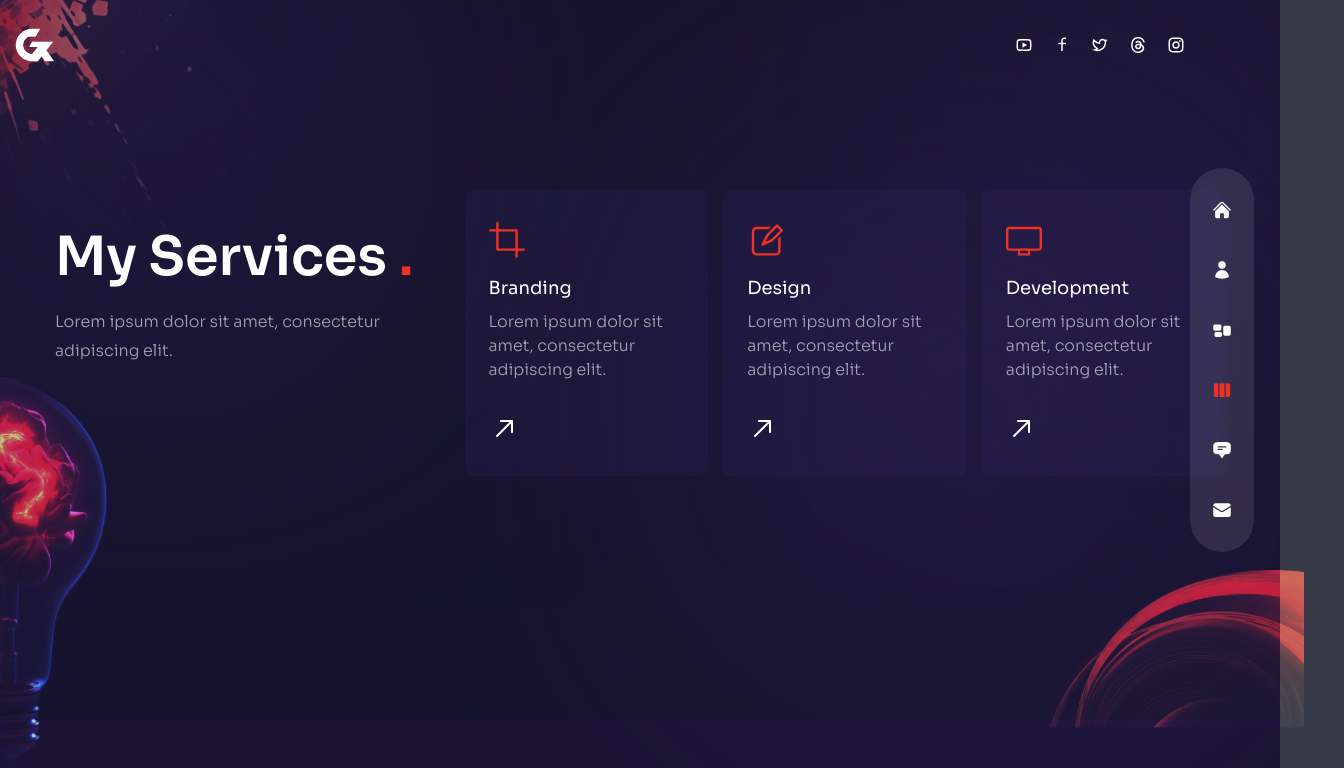
Repository: zecht12/Portofolio-without-db
Page: /work
An editor plug-in stored every save of this project. The page is shown before and after a run of saves, followed by the edit.
The browser window is 1280 px wide. The page is 1344 px wide, so the pictures cover 1344 px, including what lies to the right of the window. The pictures show the whole page.
The project was rebuilt for these pictures with package versions that can differ from the ones it lists, and the page was loaded fresh each time. The framework's server and built-in components were replaced by stand-ins that run in the browser. Also part of the build but not shown: next.config.js.

Above is the page before, as saved 2023-10-08 16:09:41.

### app/layout.js
'use client'

import './globals.css'
import {Sora} from '@next/font/google'
import Nav from '@/components/Nav'
import Header from '@/components/Header'
import TopLeftImg from '@/components/TopLeftImg'
import { useRouter } from 'next/navigation'
import Transition from '@/components/Transition'
import { AnimatePresence, motion } from 'framer-motion'

const sora = Sora({
  subsets:['latin'],
  variable:'--font-sora',
  weight:['100','200','300','400','500','600','700','800']
})

export default function RootLayout({ children }) {
  const router = useRouter();
  return (
    <html lang="en">
      <head>
        <title>Zecht Porto</title>
      </head>
      <body className={`page bg-site text-white bg-cover bg-no-repeat  ${sora.variable} font-sora relative `}>
        <AnimatePresence>
          <motion.div className='h-full' key={router.route}>
            <TopLeftImg/>
            <Nav/>
            <Header/>
            <Transition/>
            {children}
          </motion.div>
        </AnimatePresence>
      </body>
    </html>
  )
}

### app/work/page.js
'use client'

import React from 'react'
import ServiceSlider from '@/components/ServiceSlider'
import Bulb from '@/components/Bulb'
import { motion } from 'framer-motion'
import { fadeIn } from '@/variants'
import { RxCrop, RxDesktop, RxPencil2, RxReader, RxRocket } from 'react-icons/rx'
import Circles from '@/components/Circles'

const serviceData = [
  {
    icon: <RxCrop />,
    title: 'Branding',
    description: 'Lorem ipsum dolor sit amet, consectetur adipiscing elit.',
  },
  {
    icon: <RxPencil2 />,
    title: 'Design',
    description: 'Lorem ipsum dolor sit amet, consectetur adipiscing elit.',
  },
  {
    icon: <RxDesktop />,
    title: 'Development',
    description: 'Lorem ipsum dolor sit amet, consectetur adipiscing elit.',
  },
  {
    icon: <RxReader />,
    title: 'Copywriting',
    description: 'Lorem ipsum dolor sit amet, consectetur adipiscing elit.',
  },
];

export default function Page() {
  return (
    <div className='h-full bg-primary/30 py-36 flex items-center'>
      <Circles/>
      <div className='container mx-auto'>
        <div className='flex flex-col xl:flex-row gap-x-8'>
          <div className='text-center flex xl:w-[30vw] flex-col lg:text-left mb-4 xl:mb-0 '>
            <motion.h2 variants={fadeIn('up', 0.3)} initial="hidden" animate="show" exit="hidden" className='h2 xl:mt-8'>
              My Services <span className='text-accent'>.</span>
            </motion.h2>
            <motion.p variants={fadeIn('up', 0.4)} initial="hidden" animate="show" exit="hidden" className='mb-4 max-w-[400px] mx-auto lg:mx-0 '>
              Lorem ipsum dolor sit amet, consectetur adipiscing elit.
            </motion.p>
          </div>
          <motion.div variants={fadeIn('up', 0.6)} initial="hidden" animate="show" exit="hidden" className='w-full xl:max-w-[65%] '>
            <ServiceSlider/>
          </motion.div>
        </div>
      </div>
      <Bulb/>
    </div>
  )
}

### app/globals.css
@tailwind base;
@tailwind components;
@tailwind utilities;

.translate-z-0 {
  transform: translateZ(0px);
}
.swiper-horizontal > .swiper-pagination-bullets .swiper-pagination-bullet,
.swiper-pagination-horizontal.swiper-pagination-bullets
  .swiper-pagination-bullet {
  background-color: #f13024;
}

.swiper-button-next:after,
.swiper-button-prev:after,
.swiper-button-next:after,
.swiper-rtl .swiper-button-prev:after {
  color: #f13024;
}

@layer base {
  body {
    @apply bg-secondary overflow-hidden leading-relaxed;
  }
  .page {
    @apply w-full h-screen overflow-hidden;
  }
  .h1 {
    @apply text-[35px] leading-tight md:text-[60px] md:leading-[1.3] mb-8 font-semibold;
  }
  .h2 {
    @apply text-[35px] leading-tight md:text-[54px] md:leading-[1.3] mb-4 font-semibold;
  }
  p {
    @apply leading-[1.8] text-white/60 font-light;
  }
  .btn,
  .input {
    @apply h-[52px];
  }
  .input {
    @apply w-full h-[52px] rounded-lg pl-6 capitalize;
  }
  .input,
  .textarea {
    @apply bg-transparent outline-none focus:ring-1 focus:ring-accent border border-white/20 placeholder:text-white/30 placeholder:font-light;
  }
  .textarea {
    @apply w-full h-[180px] p-6 capitalize rounded-lg resize-none;
  }
}

### components/Nav.js
'use client'
import Link from 'next/link';
import { useRouter } from 'next/navigation';
import {
  HiHome,
  HiUser,
  HiViewColumns,
  HiRectangleGroup,
  HiChatBubbleBottomCenterText,
  HiEnvelope,
} from 'react-icons/hi2';

// nav data
export const navData = [
  { name: 'home', path: '/', icon: <HiHome /> },
  { name: 'about', path: '/about', icon: <HiUser /> },
  { name: 'services', path: '/services', icon: <HiRectangleGroup /> },
  { name: 'work', path: '/work', icon: <HiViewColumns /> },
  {
    name: 'testimonials',
    path: '/testimonials',
    icon: <HiChatBubbleBottomCenterText />,
  },
  {
    name: 'contact',
    path: '/contact',
    icon: <HiEnvelope />,
  },
];

const Nav = () => {
  const router = useRouter();
  const pathname = router.pathname;

  return(
    <nav className='flex flex-col items-center xl:justify-center gap-y-4 fixed h-max bottom-0 mt-auto xl:right-[2%] z-50 w-screen xl:w-16 top-0 xl:max-w-md xl:h-screen'>
      <div className='flex w-full xl:flex-col items-center justify-between xl:justify-center gap-y-10 px-4 md:px-40 xl:px-0 h-[80px] bg-white/10 xl:h-max py-8 backdrop-blur-sm text-3xl xl:text-xl xl:rounded-full'>
        {navData.map((link, index)=> {
          return(
              <a className={`${link.path === pathname && 'text-accent'} relative flex items-center hover:text-accent group transition-all duration-300 dela`} href={link.path} key={index} >
                <div className='absolute pr-14 right-0 hidden xl:group-hover:flex'>
                  <div className='bg-white relative flex text-primary items-center p-[6px] rounded-[3px] '>
                    <div className='text-[12px] leading-none font-semibold capitalize '>
                      {link.name}
                    </div>
                    <div className='border-solid border-l-white border-l-8 border-y-transparent border-y-[6px] border-r-0 absolute -right-2 '></div>
                  </div>
                </div>
                <div>
                  {link.icon}
                </div>
              </a>
          )
        })}
      </div>
    </nav>
  )
};

export default Nav;

### components/Header.js
import Image from "next/image"
import Link from "next/link"
import Socials from "./Socials";

const Header = () => {
  return(
    <header className="absolute z-30 w-full flex items-center px-15 xl:px-0 xl:h-[90px] ">
      <div className="container mx-0">
        <div className="flex flex-col lg:flex-row justify-between items-center gap-y-6 py-8">
          <Link href='/'>
            <Image src={'/logo-GR.png'} width={40} height={40} alt="logo" priority={true} className="w-[40px] h-[40px] hover:scale-110 " />
          </Link>
          <Socials/>
        </div>
      </div>
    </header>
  )
};

export default Header;

### components/TopLeftImg.js
import Image from "next/image";

const TopLeftImg = () => {
  return(
    <div className="absolute left-0 top-0 mix-blend-color-dodge z-10 w-[200px] xl:w-[400px] opacity-50 ">
      <Image src="/top-left-img.png" alt="TopLeftImg" width={400} height={400} />
    </div>
  )
};

export default TopLeftImg;

### components/Transition.js
'use client'

import { motion } from 'framer-motion'

const transitionVariants = {
  initial: {
    x:"100%",
    width:"100%"
  },
  animate: {
    x:"0%",
    width:"0%"
  },
  exit: {
    x: ['0%','100%'],
    width: ['0%','100%']
  },
}

const Transition = () => {
  return (
    <>
      <motion.div variants={transitionVariants} initial="initial" animate="animate" exit="exit" transition={{delay:0.2, duration:0.6, ease:'easeInOut'}} className='fixed top-0 bottom-0 right-full w-screen h-screen z-30 bg-[#2e2257] '></motion.div>
      <motion.div variants={transitionVariants} initial="initial" animate="animate" exit="exit" transition={{delay:0.4, duration:0.6, ease:'easeInOut'}} className='fixed top-0 bottom-0 right-full w-screen h-screen z-20 bg-[#3b2d71] '></motion.div>
      <motion.div variants={transitionVariants} initial="initial" animate="animate" exit="exit" transition={{delay:0.6, duration:0.6, ease:'easeInOut'}} className='fixed top-0 bottom-0 right-full w-screen h-screen z-10 bg-[#4b3792] '></motion.div>
    </>
  );
};

export default Transition;

### components/ServiceSlider.js
import { RxArrowTopRight, RxCrop, RxDesktop, RxPencil2, RxReader, RxRocket } from 'react-icons/rx'
import { Swiper, SwiperSlide} from "swiper/react";
import 'swiper/css'
import 'swiper/css/free-mode'
import 'swiper/css/pagination'
import { Pagination, FreeMode } from 'swiper/modules';
import { motion } from "framer-motion";
import { fadeIn } from "@/variants";
import React from 'react';

const serviceData = [
  {
    icon: <RxCrop />,
    title: 'Branding',
    description: 'Lorem ipsum dolor sit amet, consectetur adipiscing elit.',
  },
  {
    icon: <RxPencil2 />,
    title: 'Design',
    description: 'Lorem ipsum dolor sit amet, consectetur adipiscing elit.',
  },
  {
    icon: <RxDesktop />,
    title: 'Development',
    description: 'Lorem ipsum dolor sit amet, consectetur adipiscing elit.',
  },
  {
    icon: <RxReader />,
    title: 'Copywriting',
    description: 'Lorem ipsum dolor sit amet, consectetur adipiscing elit.',
  },
];

const ServiceSlider = () => {
  const navigationPrevRef = React.useRef(null)
  const navigationNextRef = React.useRef(null)
  return(
    <Swiper
    navigation={{
        prevEl: navigationPrevRef.current,
        nextEl: navigationNextRef.current,
    }}
    onBeforeInit={(swiper) => {
        swiper.params.navigation.prevEl = navigationPrevRef.current;
        swiper.params.navigation.nextEl = navigationNextRef.current;
    }}
    pagination={{ clickable: true }}
    freeMode={true}
    breakpoints={{
      320: {
        slidesPerView: 1,
        spaceBetween: 15
      },
      640:{
        slidesPerView: 3,
        spaceBetween: 15
      },
      1280:{
        slidesPerView: 3,
        spaceBetween: 15
      }
    }}
    className='h-[240px] sm:h-[340px] '>
      {serviceData.map((item,index) => {
        return(
          <SwiperSlide key={index}>
            <div className='bg-[rgba(65,47,123,0.15)] h-max rounded-lg px-6 py-8 flex sm:flex-col gap-x-6 sm:gap-x-0 group cursor-pointer hover:bg-[rgba(89,65,165,0.15)] transition-all duration-300 '>
              <div className='text-4xl text-accent mb-4'>
                {item.icon}
              </div>
              <div className='mb-8'>
                <div className='mb-2 text-lg'>
                  {item.title}
                </div>
                <p className='max-w-[350px] leading-normal '>
                  {item.description}
                </p>
              </div>
              <div className='text-3xl'>
                <RxArrowTopRight className='group-hover:text-accent group-hover:rotate-45 duration-300 transition-all' />
              </div>
            </div>
          </SwiperSlide>
        )
      })}
    </Swiper>
  )
};

export default ServiceSlider;

### components/Bulb.js
'use client'

import Image from "next/image";

const Bulb = () => {
  return(
    <div className="absolute -left-36 -bottom-12 mix-blend-color-dodge animate-pulse duration-75 w-[200px] z-20 xl:w-[260px] ">
      <Image src="/bulb.png" alt="bulb" width={260} height={200} className="w-full h-full" />
    </div>
  )
};

export default Bulb;

### components/Circles.js
'use client'

import Image from "next/image";

const Circles = () => {
  return (
    <div className="w-[200px] xl:w-[300px] absolute md:-right-16 -right-0 -bottom-2 mix-blend-color-dodge animate-pulse duration-75 z-10 ">
      <Image src={'/circles.png'} width={260} height={200} className="w-gull h-full" alt="circle" />
    </div>
  )
};

export default Circles;

### components/Socials.js
import Link from "next/link";
import { RiYoutubeLine, RiInstagramLine, RiFacebookLine, RiDribbbleLine, RiBehanceLine, RiThreadsLine, RiTwitterLine } from 'react-icons/ri'

const Socials = () => {
  return(
    <div className="flex items-center gap-x-5 text-lg">
      <Link href="/" className="hover:text-accent transition-all duration-300">
        <RiYoutubeLine />
      </Link>
      <Link href="/" className="hover:text-accent transition-all duration-300">
        <RiFacebookLine />
      </Link>
      <Link href="/" className="hover:text-accent transition-all duration-300">
        <RiTwitterLine />
      </Link>
      <Link href="/" className="hover:text-accent transition-all duration-300">
        <RiThreadsLine />
      </Link>
      <Link href="/" className="hover:text-accent transition-all duration-300">
        <RiInstagramLine />
      </Link>
    </div>
  )
};

export default Socials;

### components/WorkSlider.js
// data
const workSlides = {
  slides: [
    {
      images: [
        {
          title: 'title',
          path: '/thumb1.jpg',
        },
        {
          title: 'title',
          path: '/thumb2.jpg',
        },
        {
          title: 'title',
          path: '/thumb3.jpg',
        },
        {
          title: 'title',
          path: '/thumb4.jpg',
        },
      ],
    },
    {
      images: [
        {
          title: 'title',
          path: '/thumb4.jpg',
        },
        {
          title: 'title',
          path: '/thumb1.jpg',
        },
        {
          title: 'title',
          path: '/thumb2.jpg',
        },
        {
          title: 'title',
          path: '/thumb3.jpg',
        },
      ],
    },
  ],
};

const WorkSlider = () => {
  return <div>Work Slider</div>;
};

export default WorkSlider;

Loaded but not shown: variants.js (common file); tailwind.config.js (common file)

After the next 5 saves:
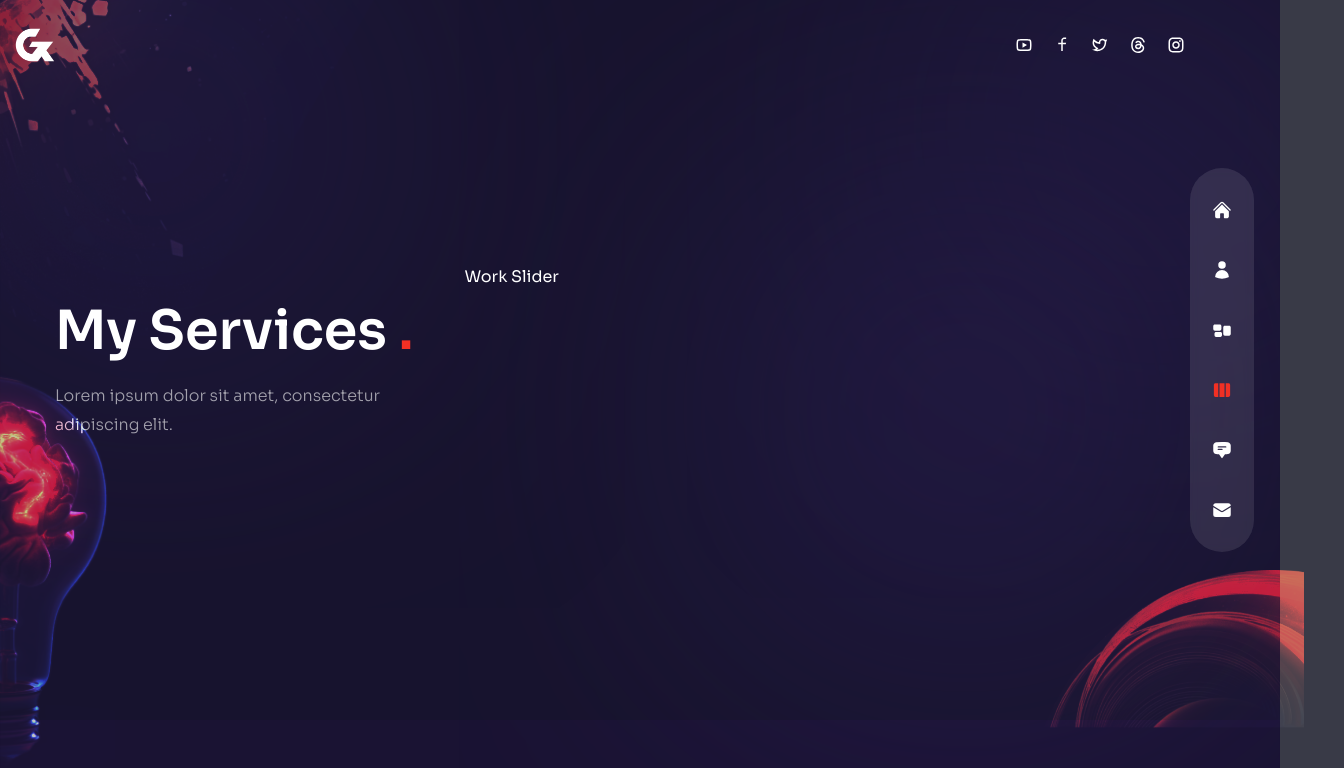
The 5 saves are shown as one change because 1 did not build or start and some came seconds apart.
The last was saved 44 s later.
--- a/app/work/page.js
+++ b/app/work/page.js
@@ -1,7 +1,7 @@
 'use client'
 
 import React from 'react'
-import ServiceSlider from '@/components/ServiceSlider'
+import WorkSlider from '@/components/WorkSlider'
 import Bulb from '@/components/Bulb'
 import { motion } from 'framer-motion'
 import { fadeIn } from '@/variants'
@@ -46,7 +46,7 @@ export default function Page() {
             </motion.p>
           </div>
           <motion.div variants={fadeIn('up', 0.6)} initial="hidden" animate="show" exit="hidden" className='w-full xl:max-w-[65%] '>
-            <ServiceSlider/>
+            <WorkSlider/>
           </motion.div>
         </div>
       </div>
